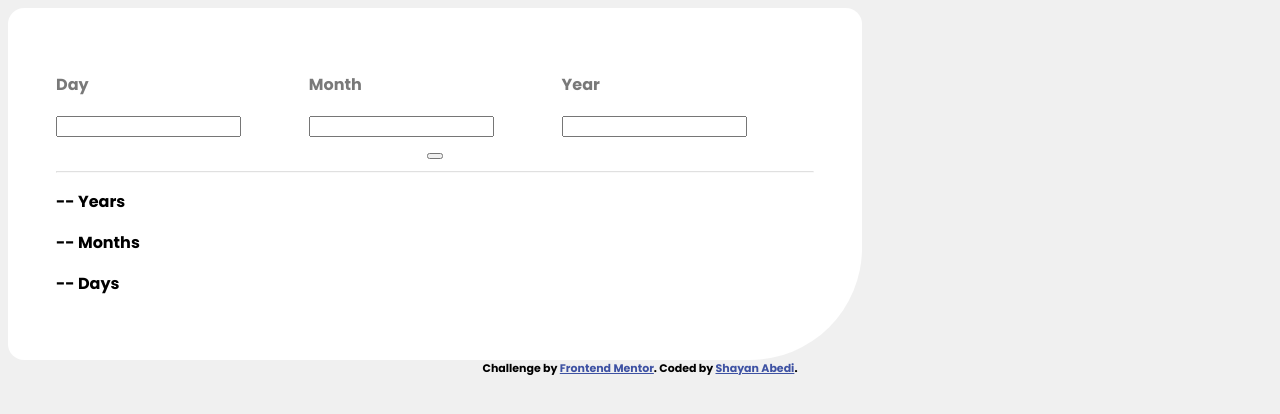
Repository: shayanabedi98/age-calculator
Page: index.html
An editor plug-in stored every save of this project. The page is shown before and after the next save, followed by the edit.
The browser window is 1280 px wide. The pictures show the whole page.

Above is the page before, as saved 2023-09-18 19:26:45.

After the next save:
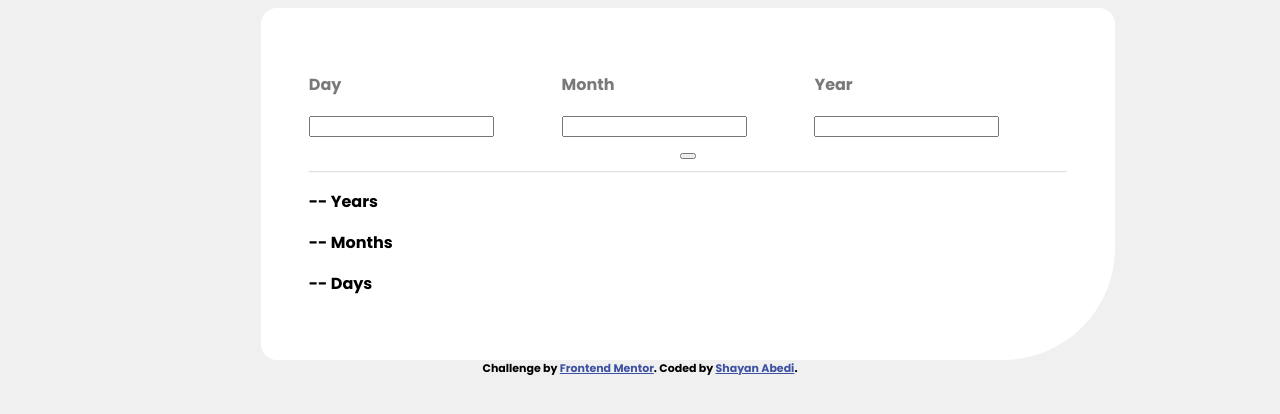
Saved 10 s later.
--- a/styles.css
+++ b/styles.css
@@ -16,6 +16,7 @@ body {
     padding: 3em;
     text-align: center;
     width: 60%;
+    margin-left: 20%;
 }
 
 .dob {
